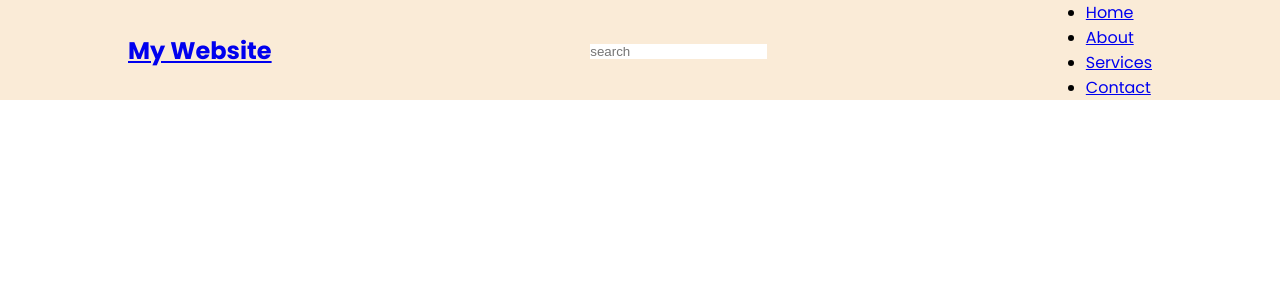
Repository: vncntxl/assesment3
Page: index.html
An editor plug-in stored every save of this project. The page is shown before and after the next save, followed by the edit.
The browser window is 1280 px wide. The pictures show the whole page.

Above is the page before, as saved 2024-08-21 17:06:23.

After the next save:
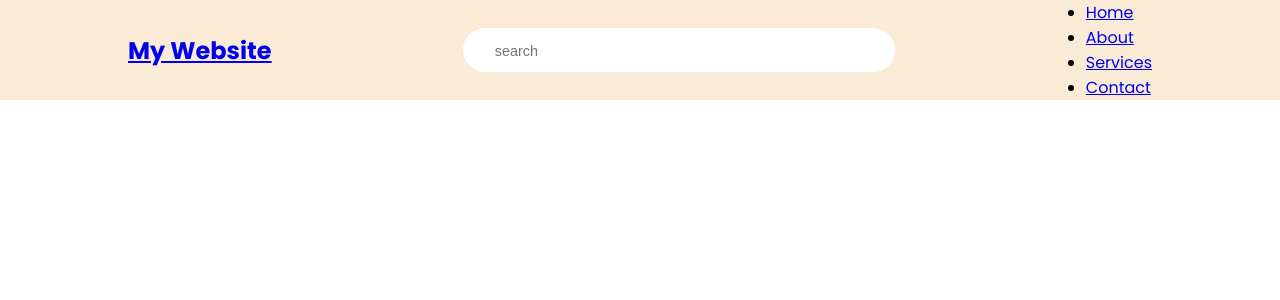
Saved 2 min 26 s later.
--- a/styles.css
+++ b/styles.css
@@ -32,3 +32,17 @@ nav .container{
     align-items: center;
     justify-content: space-between;
 }
+
+.search-bar {
+    background-color: #fff;
+    border-radius: 2rem;
+    padding: 0.6rem 1rem;
+}
+
+.search-bar input[type="search"]{
+    background: transparent;
+    width: 30vw;
+    margin-left: 1rem;
+    font-size: 0.9rem;
+
+}
